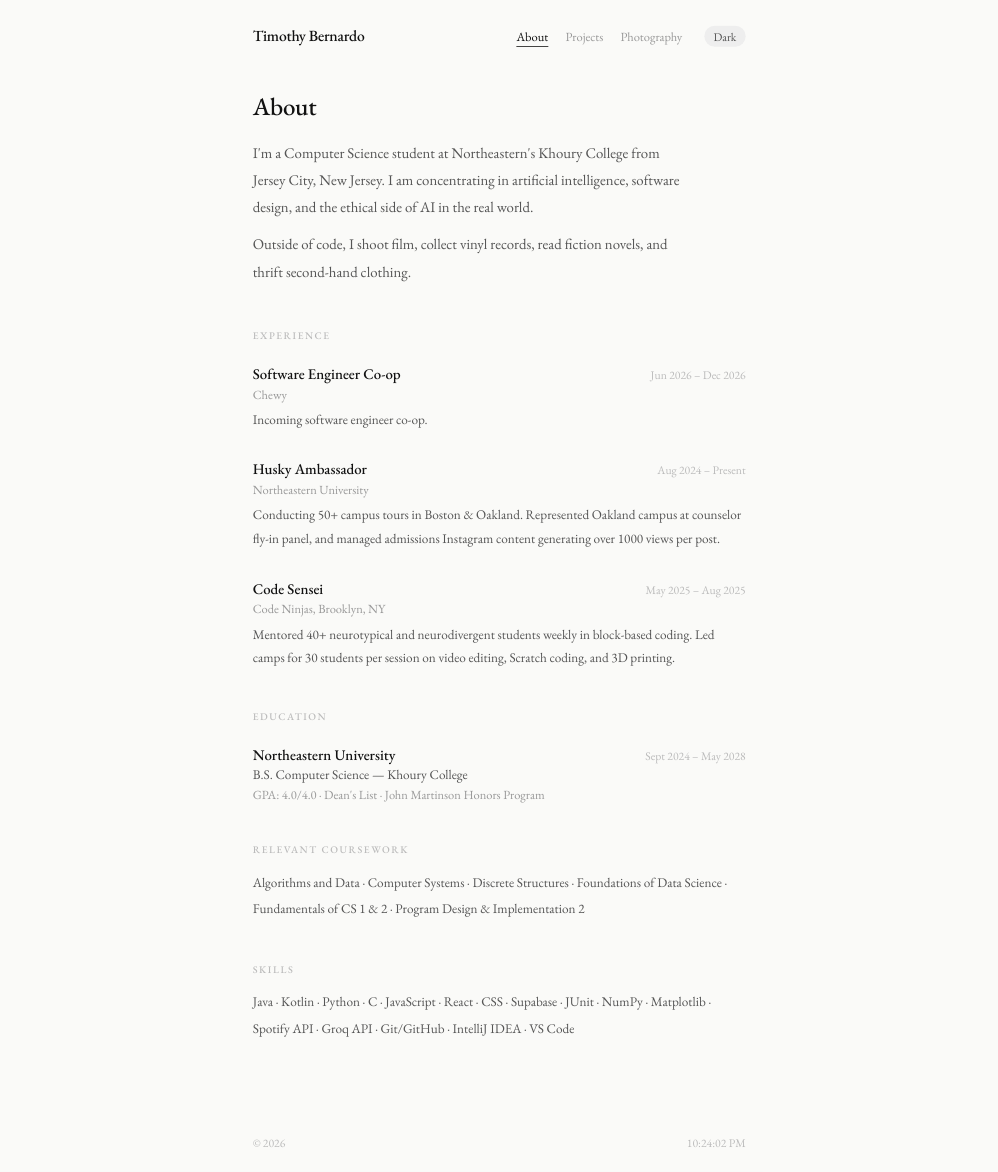
Repository: timothybernardo/portfolio
Page: /about
These files come from the project's save history. The page is drawn as it stood at one moment and after a run of saves; the edit follows.
The browser window is 1280 px wide. The pictures show the whole page, at 78% of full size.
The project was rebuilt for these pictures with package versions that can differ from the ones it lists, and the page was loaded fresh each time. Also part of the build but not shown: src/pages/Home.jsx, src/data/projects.js, src/pages/Projects.jsx, src/data/photos.js, src/components/PhotoCard.jsx, src/pages/Photography.jsx.

Above is the page before, as saved 2026-03-08 17:59:09.

### public/index.html
<!DOCTYPE html>
<html lang="en">
<head>
  <meta charset="UTF-8" />
  <meta name="viewport" content="width=device-width, initial-scale=1.0" />
  <title>Timothy Bernardo</title>
  <link rel="icon" href="/favicon.ico" />
  <link href="https://fonts.googleapis.com/css2?family=EB+Garamond:ital,wght@0,400;0,500;0,600;0,700;1,400&display=swap" rel="stylesheet" />
</head>
<body>
  <div id="root"></div>
</body>
</html>

### src/index.js
import React from "react";
import ReactDOM from "react-dom/client";
import { BrowserRouter } from "react-router-dom";
import App from "./App";
import "./index.css";

const root = ReactDOM.createRoot(document.getElementById("root"));
root.render(
  <React.StrictMode>
    <BrowserRouter>
      <App />
    </BrowserRouter>
  </React.StrictMode>
);

### src/App.jsx
import { useState } from "react";
import { Routes, Route } from "react-router-dom";
import { themes, serif } from "./theme";
import Header from "./components/Header";
import Footer from "./components/Footer";
import Home from "./pages/Home";
import About from "./pages/About";
import Projects from "./pages/Projects";
import Photography from "./pages/Photography";

export default function App() {
  const [dark, setDark] = useState(false);
const theme = dark ? themes.dark : themes.light;
document.documentElement.style.background = theme.bg;
document.body.style.background = theme.bg;

  return (
    <div
      style={{
        fontFamily: serif,
        color: theme.text,
        minHeight: "100vh",
        background: theme.bg,
        display: "flex",
        flexDirection: "column",
        transition: "background 0.3s, color 0.3s",
      }}
    >
      <Header theme={theme} isDark={dark} onToggle={() => setDark(!dark)} />

      <main style={{ maxWidth: 680, width: "100%", margin: "0 auto", padding: "0 24px 100px", flex: 1 }}>
        <Routes>
          <Route path="/" element={<Home theme={theme} />} />
          <Route path="/about" element={<About theme={theme} />} />
          <Route path="/projects" element={<Projects theme={theme} />} />
          <Route path="/photography" element={<Photography theme={theme} />} />
          <Route path="/photography/:id" element={<Photography theme={theme} />} />
        </Routes>
      </main>

      <Footer theme={theme} />
    </div>
  );
}

### src/index.css
* {
  margin: 0;
  padding: 0;
  box-sizing: border-box;
}

html {
  scroll-behavior: smooth;
  overflow-y: scroll;
}

html, body, #root {
  min-height: 100%;
  height: 100%;
  background: inherit;
}

body {
  -webkit-font-smoothing: antialiased;
  -moz-osx-font-smoothing: grayscale;
  overscroll-behavior: none;
}

img {
  will-change: opacity;
}

a {
  text-decoration: none;
  color: inherit;
}

@media (max-width: 600px) {
  .desktop-nav {
    display: none !important;
  }

  .mobile-menu-btn {
    display: block !important;
  }

  .mobile-nav {
    display: flex !important;
  }
}

### src/theme.js
export const serif = "'EB Garamond', Georgia, 'Times New Roman', serif";

export const themes = {
  light: {
    bg: "#fafaf8",
    text: "#111",
    sub: "#555",
    muted: "#999",
    faint: "#bbb",
    border: "#ece9e5",
    pill: "#111",
    pillT: "#fff",
    pillB: "#ddd",
    badge: "rgba(255,255,255,0.3)",
    toggle: "#eee",
    toggleTxt: "#555",
  },
  dark: {
    bg: "#131313",
    text: "#e4e0da",
    sub: "#a09a93",
    muted: "#6b665f",
    faint: "#4a4640",
    border: "#282624",
    pill: "#e4e0da",
    pillT: "#131313",
    pillB: "#383530",
    badge: "rgba(255,255,255,0.18)",
    toggle: "#282624",
    toggleTxt: "#a09a93",
  },
};

### src/components/Header.jsx
import { useState } from "react";
import { Link, useLocation } from "react-router-dom";
import { serif } from "../theme";

const links = [
  { path: "/about", label: "About" },
  { path: "/projects", label: "Projects" },
  { path: "/photography", label: "Photography" },
];

export default function Header({ theme, onToggle, isDark }) {
  const { pathname } = useLocation();
  const [menuOpen, setMenuOpen] = useState(false);

  return (
    <header
      style={{
        maxWidth: 680,
        width: "100%",
        margin: "0 auto",
        padding: "32px 24px 0",
        fontFamily: serif,
      }}
    >
      <div style={{ display: "flex", justifyContent: "space-between", alignItems: "baseline" }}>
        <Link to="/" style={{ fontWeight: 500, fontSize: 20, letterSpacing: "-0.3px" }}
          onClick={() => setMenuOpen(false)}>
          Timothy Bernardo
        </Link>

        {/* Desktop nav */}
        <nav className="desktop-nav" style={{ display: "flex", gap: 22, alignItems: "baseline" }}>
          {links.map(({ path, label }) => (
            <Link
              key={path}
              to={path}
              style={{
                fontSize: 16,
                color: pathname === path ? theme.text : theme.muted,
                paddingBottom: 2,
                borderBottom:
                  pathname === path
                    ? `1.5px solid ${theme.text}`
                    : "1.5px solid transparent",
              }}
            >
              {label}
            </Link>
          ))}
          <span
            onClick={onToggle}
            style={{
              fontFamily: serif,
              fontSize: 15,
              cursor: "pointer",
              padding: "4px 12px",
              borderRadius: 14,
              background: theme.toggle,
              color: theme.toggleTxt,
              marginLeft: 6,
              userSelect: "none",
            }}
          >
            {isDark ? "Light" : "Dark"}
          </span>
        </nav>

        {/* Mobile menu button */}
        <span
          className="mobile-menu-btn"
          onClick={() => setMenuOpen(!menuOpen)}
          style={{
            fontSize: 24,
            cursor: "pointer",
            color: theme.text,
            userSelect: "none",
            display: "none",
          }}
        >
          {menuOpen ? "×" : "≡"}
        </span>
      </div>

      {/* Mobile nav dropdown */}
      {menuOpen && (
        <nav
          className="mobile-nav"
          style={{
            display: "none",
            flexDirection: "column",
            gap: 18,
            paddingTop: 24,
            paddingBottom: 8,
          }}
        >
          {links.map(({ path, label }) => (
            <Link
              key={path}
              to={path}
              onClick={() => setMenuOpen(false)}
              style={{
                fontSize: 20,
                color: pathname === path ? theme.text : theme.muted,
              }}
            >
              {label}
            </Link>
          ))}
          <span
            onClick={() => { onToggle(); setMenuOpen(false); }}
            style={{
              fontSize: 18,
              cursor: "pointer",
              color: theme.muted,
            }}
          >
            {isDark ? "Switch to Light" : "Switch to Dark"}
          </span>
        </nav>
      )}
    </header>
  );
}

### src/components/Footer.jsx
import Clock from "./Clock";
import { serif } from "../theme";

export default function Footer({ theme }) {
  return (
    <footer
      style={{
        maxWidth: 680,
        width: "100%",
        margin: "0 auto",
        padding: "20px 24px 28px",
        fontSize: 15,
        color: theme.faint,
        display: "flex",
        justifyContent: "space-between",
        alignItems: "center",
        fontFamily: serif,
      }}
    >
      <span>&copy; 2026</span>
      <Clock color={theme.faint} />
    </footer>
  );
}

### src/pages/About.jsx
import { serif } from "../theme";
import { experience, education, skills, courses } from "../data/experience";

export default function About({ theme }) {
  return (
    <div style={{ marginTop: 56, fontFamily: serif }}>
      <h2 style={{ fontSize: 32, fontWeight: 500, letterSpacing: "-0.3px", marginBottom: 20 }}>
        About
      </h2>
      <p style={{ fontSize: 19, color: theme.sub, lineHeight: 1.85, maxWidth: 560, marginBottom: 12 }}>
        I'm a Computer Science student at Northeastern's Khoury College from Jersey City, New Jersey.
        I am concentrating in artificial intelligence, software design, and the ethical side of AI in the real world.
      </p>
      <p style={{ fontSize: 19, color: theme.sub, lineHeight: 1.85, maxWidth: 560, marginBottom: 56 }}>
        Outside of code, I shoot film,
        collect vinyl records, read fiction novels, and thrift second-hand clothing.
      </p>

      {/* Experience */}
      <h3 style={{ fontSize: 13, fontWeight: 500, textTransform: "uppercase", letterSpacing: "2px", color: theme.faint, marginBottom: 28 }}>
        Experience
      </h3>
      {experience.map((e, i) => (
        <div key={i} style={{ marginBottom: 36 }}>
          <div style={{ display: "flex", justifyContent: "space-between", alignItems: "baseline", flexWrap: "wrap", gap: 8, marginBottom: 3 }}>
            <span style={{ fontSize: 19, fontWeight: 500 }}>{e.role}</span>
            <span style={{ fontSize: 15, color: theme.faint }}>{e.period}</span>
          </div>
          <span style={{ fontSize: 16, color: theme.muted }}>{e.place}</span>
          <p style={{ fontSize: 17, color: theme.sub, lineHeight: 1.75, margin: "8px 0 0" }}>
            {e.desc}
          </p>
        </div>
      ))}

      {/* Education */}
      <h3 style={{ fontSize: 13, fontWeight: 500, textTransform: "uppercase", letterSpacing: "2px", color: theme.faint, marginBottom: 28, marginTop: 52 }}>
        Education
      </h3>
      {education.map((ed, i) => (
        <div key={i} style={{ marginBottom: 20 }}>
          <div style={{ display: "flex", justifyContent: "space-between", alignItems: "baseline", flexWrap: "wrap", gap: 8 }}>
            <span style={{ fontSize: 19, fontWeight: 500 }}>{ed.school}</span>
            <span style={{ fontSize: 15, color: theme.faint }}>{ed.period}</span>
          </div>
          <span style={{ fontSize: 17, color: theme.sub, display: "block", marginTop: 2 }}>{ed.degree}</span>
          {ed.detail && (
            <span style={{ fontSize: 16, color: theme.muted, display: "block", marginTop: 4 }}>{ed.detail}</span>
          )}
        </div>
      ))}

      {/* Coursework */}
      <h3 style={{ fontSize: 13, fontWeight: 500, textTransform: "uppercase", letterSpacing: "2px", color: theme.faint, marginBottom: 16, marginTop: 52 }}>
        Relevant Coursework
      </h3>
      <p style={{ fontSize: 17, color: theme.sub, lineHeight: 2 }}>
        {courses.join("  ·  ")}
      </p>

      {/* Skills */}
      <h3 style={{ fontSize: 13, fontWeight: 500, textTransform: "uppercase", letterSpacing: "2px", color: theme.faint, marginBottom: 16, marginTop: 52 }}>
        Skills
      </h3>
      <p style={{ fontSize: 17, color: theme.sub, lineHeight: 2 }}>
        {skills.join("  ·  ")}
      </p>
    </div>
  );
}

### src/components/Clock.jsx
import { useState, useEffect } from "react";

export default function Clock({ color }) {
  const [time, setTime] = useState(new Date());

  useEffect(() => {
    const interval = setInterval(() => setTime(new Date()), 1000);
    return () => clearInterval(interval);
  }, []);

  return (
    <span style={{ color }}>
      {time.toLocaleTimeString("en-US", {
        hour: "2-digit",
        minute: "2-digit",
        second: "2-digit",
      })}
    </span>
  );
}

### src/data/experience.js
export const experience = [
  {
    role: "Software Engineer Co-op",
    place: "Chewy",
    period: "Jun 2026 – Dec 2026",
    desc: "Incoming software engineer co-op."
  },
  {
    role: "Husky Ambassador",
    place: "Northeastern University",
    period: "Aug 2024 – Present",
    desc: "Conducting 50+ campus tours in Boston & Oakland. Represented Oakland campus at counselor fly-in panel, and managed admissions Instagram content generating over 1000 views per post.",
  },
  {
    role: "Code Sensei",
    place: "Code Ninjas, Brooklyn, NY",
    period: "May 2025 – Aug 2025",
    desc: "Mentored 40+ neurotypical and neurodivergent students weekly in block-based coding. Led camps for 30 students per session on video editing, Scratch coding, and 3D printing.",
  },
];

export const education = [
  {
    school: "Northeastern University",
    degree: "B.S. Computer Science — Khoury College",
    period: "Sept 2024 – May 2028",
    detail: "GPA: 4.0/4.0 · Dean's List · John Martinson Honors Program",
  },
];

export const skills = [
  "Java", "Kotlin", "Python", "C", "JavaScript",
  "React", "CSS", "Supabase", "JUnit", "NumPy", "Matplotlib",
  "Spotify API", "Groq API",
  "Git/GitHub", "IntelliJ IDEA", "VS Code",
];

export const courses = [
  "Algorithms and Data", "Computer Systems", "Discrete Structures",
  "Foundations of Data Science", "Fundamentals of CS 1 & 2",
  "Program Design & Implementation 2",
];

After the next 2 saves:
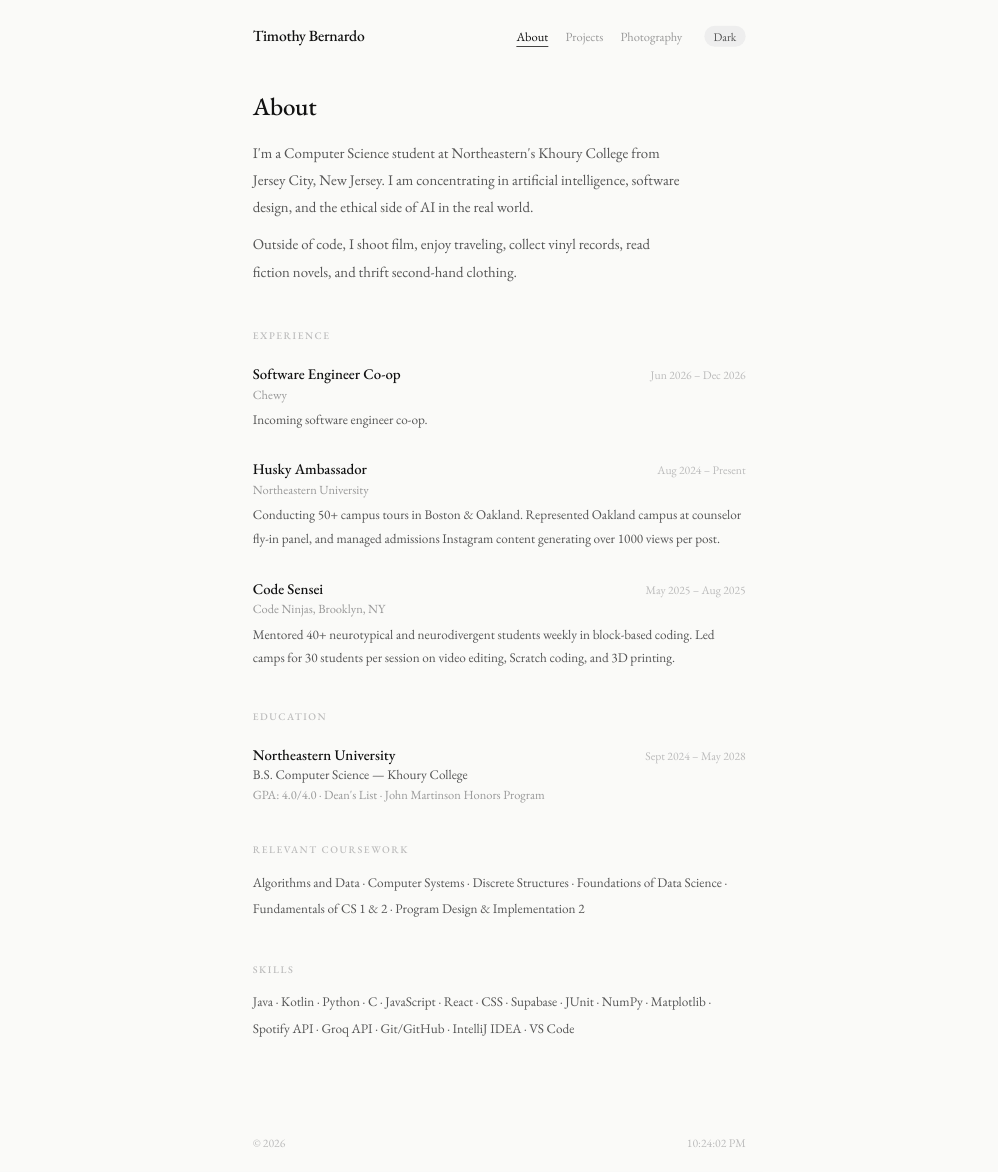
The 2 saves are shown as one change because they came seconds apart.
The last was saved 12 s later.
--- a/src/pages/About.jsx
+++ b/src/pages/About.jsx
@@ -12,7 +12,7 @@ export default function About({ theme }) {
         I am concentrating in artificial intelligence, software design, and the ethical side of AI in the real world.
       </p>
       <p style={{ fontSize: 19, color: theme.sub, lineHeight: 1.85, maxWidth: 560, marginBottom: 56 }}>
-        Outside of code, I shoot film,
+        Outside of code, I shoot film, enjoy traveling,
         collect vinyl records, read fiction novels, and thrift second-hand clothing.
       </p>
 
